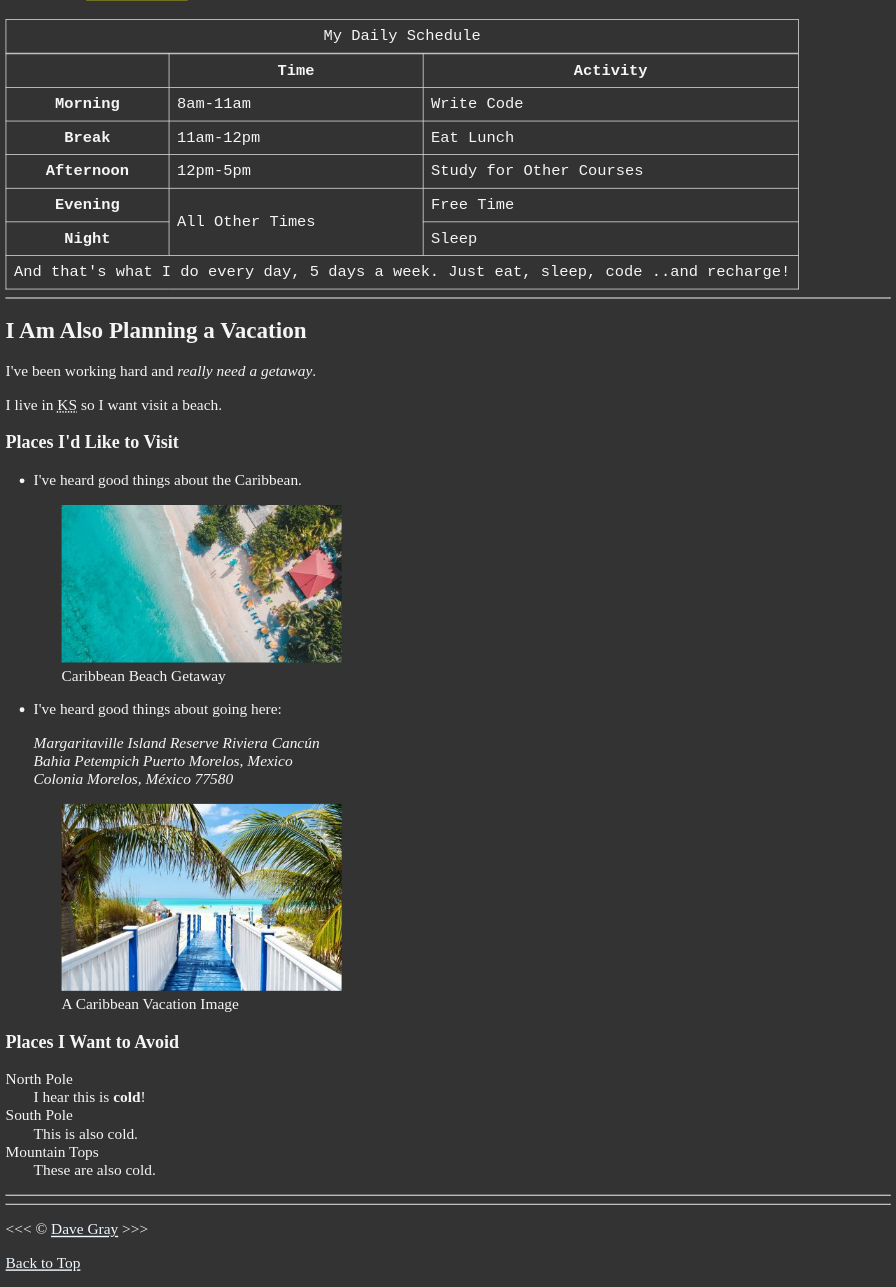
Repository: JavaProgrammerFromEastEurope/project-html-full-tutorial
Page: 09_lesson/index.html
The author's editor kept a copy of each file at every save. The page is drawn from the files as they stood at one save, then again after a run of saves.
The browser window is 1280 px wide. The pictures show the part of the page from y = 1068 to 2988 px (the page is 2907 px tall before and 2988 px after), at 70% of full size.

Above is the page before, as saved 2023-04-07 04:34:14.

### 09_lesson/index.html
<!DOCTYPE html>
<html lang="en">
  <head>
    <meta charset="UTF-8" />
    <meta name="author" content="Dave Gray" />
    <meta
      name="description"
      content="This page contains all the things I am learning how to create as I learn HTML."
    />
    <title>My First Web Page</title>
    <link rel="icon" href="html5.png" type="image/x-icon" />
    <link rel="stylesheet" href="main.css" type="text/css" />
  </head>

  <body>
    <header>
      <h1>My Goals for the Year</h1>

      <nav aria-label="primary-navigation">
        <ul>
          <li>
            <a href="#html">Learning HTML</a>
          </li>
          <li>
            <a href="#vacation">Planning a Vacation</a>
          </li>
					<li><a href="#contact">Contact Me</a></li>
        </ul>
      </nav>
    </header>

    <hr />
    <main>
      <article id="html">
        <h2>I'm Ready to Learn HTML</h2>
        <p>This is my first web page.</p>
        <section>
          <h3>HTML5</h3>
          <img
            src="./assets/img/html_logo_300x300.png"
            alt="HTML5 Logo"
            title="I am learning HTML5"
            width="300"
            height="300"
          />
          <figure>
            <figcaption>An Example of HTML5 code</figcaption>
            <p>
              <code>&lt;h1&gt;Hello World!&lt;/h1&gt;</code>
            </p>
          </figure>
        </section>
        <section>
          <h3>My Daily Schedule</h3>
          <p>Let me tell you how:</p>
          <ol>
            <li>...I learn more about web dev.</li>
            <li>...I plan out my schedule.</li>
            <li>
              ...I use resources from
              <abbr title="Mozilla Developer Network">
                <a href="https://developer.mozilla.org/">MDN</a> </abbr
              >.
            </li>
          </ol>
          <aside>
            <details>
              <summary>
                Guess the <mark>number of hours</mark> I code per day
              </summary>
              <p>
                I start at <time datetime="08:00">8 am</time> and I write code
                for <time datetime="PT3H">3 hours</time> every morning.
              </p>
            </details>
          </aside>
          <br />
          <table>
            <caption>
              My Daily Schedule
            </caption>
            <thead>
              <tr>
                <th>&nbsp;</th>
                <th scope="col">Time</th>
                <th scope="col">Activity</th>
              </tr>
            </thead>
            <tbody>
              <tr>
                <th scope="row">Morning</th>
                <td>
                  <time datetime="08:00">8am</time>-<time datetime="11:00"
                    >11am</time
                  >
                </td>
                <td>Write Code</td>
              </tr>
              <tr>
                <th scope="row">Break</th>
                <td>
                  <time datetime="11:00">11am</time>-<time datetime="12:00"
                    >12pm</time
                  >
                </td>
                <td>Eat Lunch</td>
              </tr>
              <tr>
                <th scope="row">Afternoon</th>
                <td>
                  <time datetime="12:00">12pm</time>-<time datetime="17:00"
                    >5pm</time
                  >
                </td>
                <td>Study for Other Courses</td>
              </tr>
              <tr>
                <th scope="row">Evening</th>
                <td rowspan="2">All Other Times</td>
                <td>Free Time</td>
              </tr>
              <tr>
                <th scope="row">Night</th>
                <td>Sleep</td>
              </tr>
            </tbody>
            <tfoot>
              <tr>
                <td colspan="3">
                  And that's what I do every day, 5 days a week. Just eat,
                  sleep, code ..and recharge!
                </td>
              </tr>
            </tfoot>
          </table>
        </section>
      </article>

      <hr />

      <article id="vacation">
        <h2>I Am Also Planning a Vacation</h2>
        <p>I've been working hard and <em>really need a getaway</em>.</p>
        <p>I live in <abbr title="Kansas">KS</abbr> so I want visit a beach.</p>

        <section>
          <h3>Places I'd Like to Visit</h3>
          <ul>
            <li>
              <p>I've heard good things about the Caribbean.</p>
              <figure>
                <img
                  src="./assets/img/caribbean.jpg"
                  alt="Caribbean Beach"
                  title="I want to visit a Caribbean beach."
                  width="400"
                  height="225"
                  loading="lazy"
                />
                <figcaption>Caribbean Beach Getaway</figcaption>
              </figure>
            </li>
            <li>
              <p>I've heard good things about going here:</p>
              <address>
                Margaritaville Island Reserve Riviera Cancún<br />
                Bahia Petempich Puerto Morelos, Mexico<br />
                Colonia Morelos, México 77580
              </address>
              <figure>
                <img
                  src="./assets/img/vacation.jpg"
                  alt="Cancun Vacation"
                  title="It's 5 o'Clock Somewhere!"
                  width="400"
                  height="267"
                  loading="lazy"
                />
                <figcaption>A Caribbean Vacation Image</figcaption>
              </figure>
            </li>
          </ul>
        </section>
        <!-- TODO: Add more places -->
        <section>
          <h3>Places I Want to Avoid</h3>
          <dl>
            <dt>North Pole</dt>
            <dd>I hear this is <strong>cold</strong>!</dd>

            <dt>South Pole</dt>
            <dd>This is also cold.</dd>

            <dt>Mountain Tops</dt>
            <dd>These are also cold.</dd>
          </dl>
        </section>
      </article>
			<hr>

			<article id=""

    </main>
    <hr />
    <footer>
      <p>&lt;&lt;&lt; &copy; <a href="about.html">Dave Gray</a> &gt;&gt;&gt;</p>
      <p>
        <a href="#">Back to Top</a>
      </p>
    </footer>
  </body>
</html>

### 09_lesson/main.css
html {
    font-size: 22px;
}

body {
    background-color: #333;
    color: whitesmoke;
}

a {
    color: aliceblue;
}

a:visited {
    color: lightgray;
}

a:hover, a:active {
    color: #eee;
}

table, tr, th, td, caption {
	border: 1px solid #eee;
	font-family: 'Courier New', Courier, monospace;
	border-collapse: collapse;
	padding: 0.5rem;
}

After the next 4 saves:
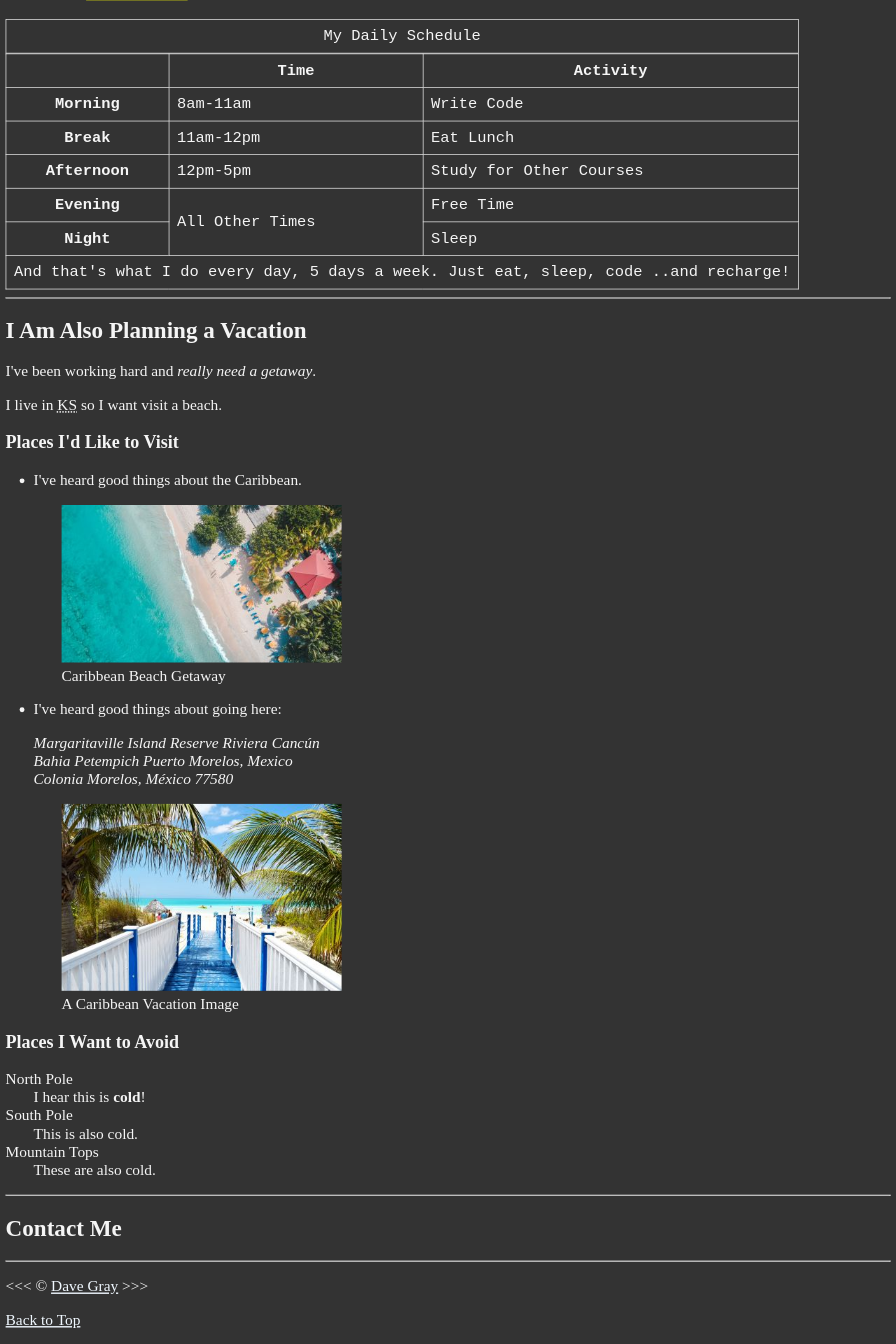
The 4 saves are shown as one change because they came seconds apart.
The last was saved 12 s later.
--- a/09_lesson/index.html
+++ b/09_lesson/index.html
@@ -198,7 +198,9 @@
       </article>
 			<hr>
 
-			<article id=""
+			<article id="contact">
+				<h2>Contact Me</h2>
+			</article>
 
     </main>
     <hr />
